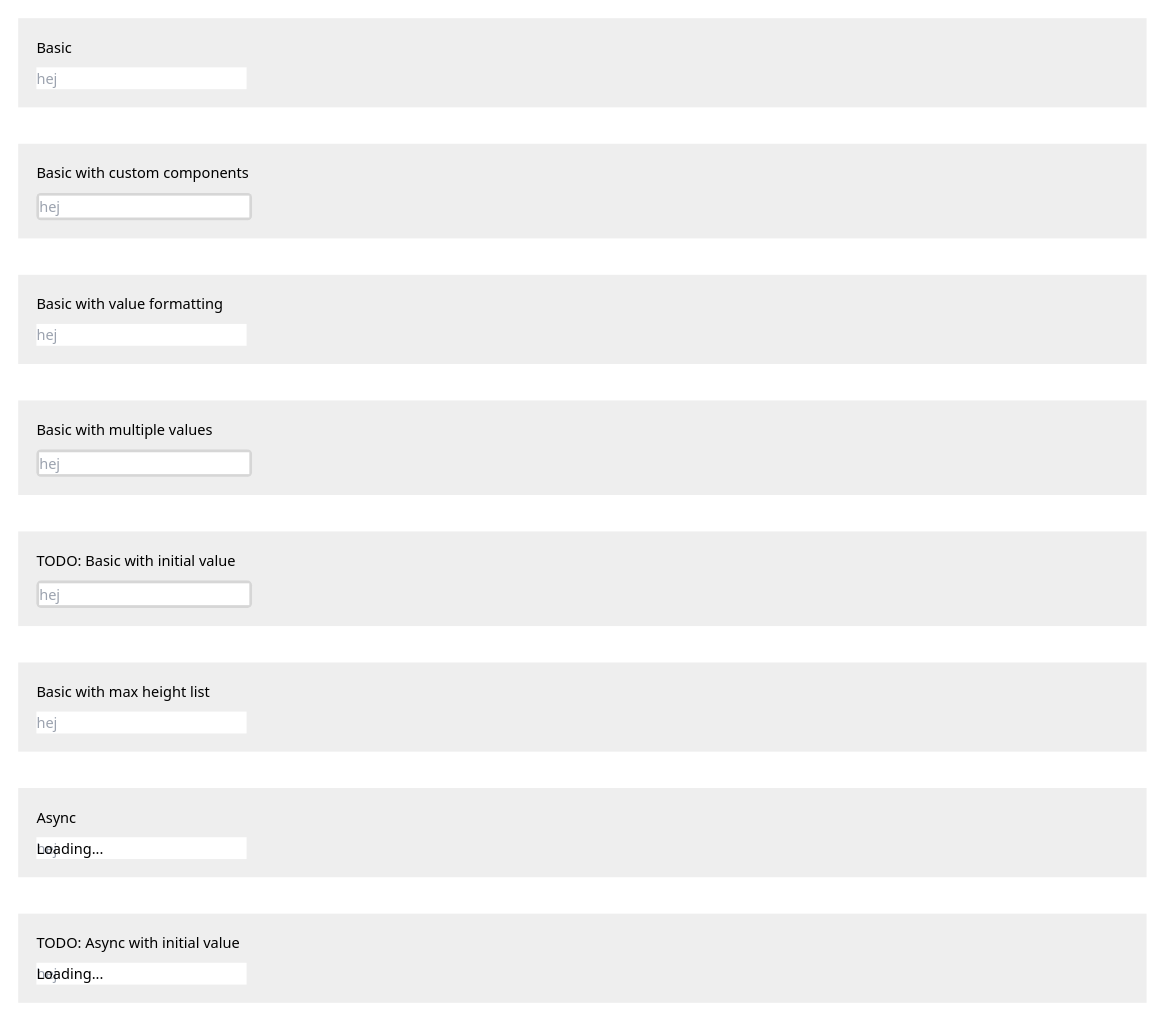
Repository: Frexity/frx-react
Page: / (app in ui/react-select/)
These files come from the project's save history. The page is drawn as it stood at one moment and after the next save; the edit follows.
The browser window is 1280 px wide. The pictures show the whole page, at 91% of full size.
The page's requests for data from a server got no answer. Some web libraries are served in a nearby version. The project was rebuilt for these pictures with package versions that can differ from the ones it lists, and the page was loaded fresh each time. No one was signed in, and anything a server would have sent is missing. Also part of the build but not shown: ui/react-select/vite.config.ts, ui/react-select/src/CustomSelectComponents/ListLoadingIndicator.tsx, ui/react-select/src/dummy-components/ListLoadingIndicator.tsx.

Above is the page before, as saved 2022-08-21 00:25:21.

### ui/react-select/index.html
<!DOCTYPE html>
<html lang="en">
  <head>
    <meta charset="UTF-8" />
    <link rel="icon" type="image/svg+xml" href="/vite.svg" />
    <meta name="viewport" content="width=device-width, initial-scale=1.0" />
    <title>React Select</title>
    <script src="https://cdn.tailwindcss.com/3.1.8"></script>
  </head>
  <body>
    <div id="root"></div>
    <script type="module" src="/src/main.tsx"></script>
  </body>
</html>

### ui/react-select/src/styles.css
.dropdown {
  position: fixed;
  border: 1px solid red;
  display: none;
  z-index: 1;
  background: white;
}

input:focus + .dropdown {
  display: block;
}

.card {
  margin: 20px;
  padding: 20px;
  background-color: #eee;
  overflow: hidden;
  overflow-y: scroll;
}

h3 {
  margin-bottom: 10px;
}

.cards {
  display: grid;
}

### ui/react-select/src/CustomSelectComponents/ClearIndicator.tsx
import { memo } from 'react'
import { ClearIndicatorComponentProps } from '../Select/types'

export const ClearIndicator = memo(({ clearIndicatorContainerStyles, onClick }: ClearIndicatorComponentProps) => {
  return (
    <div style={clearIndicatorContainerStyles} onClick={onClick}>
      <svg viewBox="0 0 460.775 460.775" style={{ width: 12, height: 12 }}>
        <path
          fill="#66f"
          d="M285.08,230.397L456.218,59.27c6.076-6.077,6.076-15.911,0-21.986L423.511,4.565c-2.913-2.911-6.866-4.55-10.992-4.55  c-4.127,0-8.08,1.639-10.993,4.55l-171.138,171.14L59.25,4.565c-2.913-2.911-6.866-4.55-10.993-4.55  c-4.126,0-8.08,1.639-10.992,4.55L4.558,37.284c-6.077,6.075-6.077,15.909,0,21.986l171.138,171.128L4.575,401.505  c-6.074,6.077-6.074,15.911,0,21.986l32.709,32.719c2.911,2.911,6.865,4.55,10.992,4.55c4.127,0,8.08-1.639,10.994-4.55  l171.117-171.12l171.118,171.12c2.913,2.911,6.866,4.55,10.993,4.55c4.128,0,8.081-1.639,10.992-4.55l32.709-32.719  c6.074-6.075,6.074-15.909,0-21.986L285.08,230.397z"
        />
      </svg>
    </div>
  )
})

### ui/react-select/src/CustomSelectComponents/Control.tsx
import { ControlComponentProps } from '../Select/types'

export const Control = ({ controlStyles, children }: ControlComponentProps) => {
  return (
    <div
      style={{
        ...controlStyles,
        borderRadius: 5,
        padding: 3,
        backgroundColor: '#d6d6d6',
      }}
    >
      {children}
    </div>
  )
}

### ui/react-select/src/CustomSelectComponents/Option.tsx
import { memo } from 'react'
import { OptionComponentProps } from '../Select/types'

export const Option = memo(({ isSelected, label, onSelect }: OptionComponentProps) => {


  return (
    <li className="text-gray-900 cursor-pointer py-2 pl-3 pr-9 hover:bg-sky-300" onClick={onSelect}>
      <div className="flex items-center">
        <img
          src="https://images.unsplash.com/photo-1491528323818-fdd1faba62cc?ixlib=rb-1.2.1&ixid=eyJhcHBfaWQiOjEyMDd9&auto=format&fit=facearea&facepad=2&w=256&h=256&q=80"
          alt=""
          className="flex-shrink-0 h-6 w-6 rounded-full"
        />
        <span className={`${isSelected ? 'font-bold text-blue-700' : 'font-normal'} ml-3 block truncate`}>{label}</span>
      </div>
    </li>
  )
})

### ui/react-select/src/dummy-components/index.ts
import { Control } from './Control'
import { ClearIndicator } from './ClearIndicator'
import { ControlLoadingIndicator } from './ControlLoadingIndicator'
import { ListLoadingIndicator } from './ListLoadingIndicator'
import { Option } from './Option'

export const dummyComponents = {
  Control,
  ClearIndicator,
  ControlLoadingIndicator,
  ListLoadingIndicator,
  Option,
}

### ui/react-select/src/Select/index.tsx
import { InnerSelect } from './common'
import { SelectProvider } from './Context'
import { OutsideClickHandler } from './OutsideClickHandler'
import { SelectProps } from './types'

export const Select = ({
  valueFormatter,
  options,
  components,
  optionsDropdownProps,
  optionsListProps,
  canSelectMultipleValues,
}: Omit<SelectProps, 'asyncOptions'>) => {
  // const [o, setO] = useState(options);

  // Test setting options from outside the context/component
  /*
  useEffect(() => {
    setTimeout(() => {
      setO([{ label: "New", value: "x" }]);
    }, 2000);
  }, []);
  console.log({ o });
  */

  return (
    <SelectProvider value={{ options }}>
      <OutsideClickHandler>
        <InnerSelect
          valueFormatter={valueFormatter}
          components={components}
          optionsDropdownProps={optionsDropdownProps}
          optionsListProps={optionsListProps}
          canSelectMultipleValues={canSelectMultipleValues}
        />
      </OutsideClickHandler>
    </SelectProvider>
  )
}

### ui/react-select/src/Select/Async/index.tsx
import { SelectProps } from '../types'
import { AsyncHandler } from './AsyncHandler'
import { InnerSelect } from '../common'
import { SelectProvider } from '../Context'
import { OutsideClickHandler } from '../OutsideClickHandler'

export const AsyncSelect = ({
  valueFormatter,
  options,
  components,
  optionsDropdownProps,
  optionsListProps,
  asyncOptions,
}: SelectProps) => {
  return (
    <SelectProvider value={{ options }}>
      <OutsideClickHandler>
        <InnerSelect
          valueFormatter={valueFormatter}
          components={components}
          optionsDropdownProps={optionsDropdownProps}
          optionsListProps={optionsListProps}
          asyncOptions={asyncOptions}
          AsyncHandler={AsyncHandler}
        />
      </OutsideClickHandler>
    </SelectProvider>
  )
}

### ui/react-select/src/dummy-components/Control.tsx
import { ControlComponentProps } from '../Select/types'

export const Control = ({ controlStyles, children }: ControlComponentProps) => {
  return <div style={controlStyles}>{children}</div>
}

### ui/react-select/src/dummy-components/ClearIndicator.tsx
import { memo } from 'react'
import { ClearIndicatorComponentProps } from '../Select/types'

export const ClearIndicator = memo(({ clearIndicatorContainerStyles, onClick }: ClearIndicatorComponentProps) => {
  return (
    <div style={clearIndicatorContainerStyles} onClick={onClick}>
      X
    </div>
  )
})

### ui/react-select/src/dummy-components/ControlLoadingIndicator.tsx
import { memo } from 'react'
import { ControlLoadingIndicatorComponentProps } from '../Select/types'

export const ControlLoadingIndicator = memo(({ isVisible }: ControlLoadingIndicatorComponentProps) => {
  return isVisible ? <div style={{ position: 'absolute', bottom: 0, left: 0, zIndex: 2 }}>Loading...</div> : null
})

### ui/react-select/src/dummy-components/Option.tsx
import { memo } from 'react'
import { OptionComponentProps } from '../Select/types'

export const Option = memo(({ isSelected, label, onSelect }: OptionComponentProps) => {
  return (
    <div style={{ fontWeight: isSelected ? 'bold' : 'normal' }} onClick={onSelect}>
      {label}
    </div>
  )
})

### ui/react-select/src/Select/common.tsx
import { useContext } from 'react'
import { SelectProps } from './types'
import { ClearIndicator } from './ClearIndicator'
import { SelectContext } from './Context'
import { Input } from './Input'
import { Options } from './Options'
import { OptionsDropdown } from './OptionsDropdown'
import { OptionsList } from './OptionsList'
import { selectStyles } from './styles'

export const InnerSelect = ({
  valueFormatter,
  components,
  optionsDropdownProps,
  optionsListProps,
  asyncOptions,
  AsyncHandler,
  canSelectMultipleValues,
}: Omit<SelectProps, 'options'> & { AsyncHandler?: any }) => {
  const { state } = useContext<any>(SelectContext)

  return (
    <>
      <components.Control controlStyles={selectStyles.control}>
        <Input valueFormatter={valueFormatter} />
        {components.ClearIndicator && <ClearIndicator ClearIndicatorComponent={components.ClearIndicator} />}
        {components.ControlLoadingIndicator && <components.ControlLoadingIndicator isVisible={state.isLoading} />}
      </components.Control>
      <OptionsDropdown optionsDropdownProps={optionsDropdownProps}>
        {components.ListLoadingIndicator && (
          <components.ListLoadingIndicator isVisible={state.isOpen && state.isLoading} />
        )}
        <OptionsList optionsListProps={optionsListProps} isAsync={!!asyncOptions}>
          <Options OptionComponent={components.Option} canSelectMultipleValues={canSelectMultipleValues} />
        </OptionsList>
      </OptionsDropdown>
      {AsyncHandler && <AsyncHandler asyncOptions={asyncOptions} />}
    </>
  )
}

### ui/react-select/src/Select/Context.tsx
import React, { useReducer, createContext, useId, useEffect, PropsWithChildren } from 'react'

function reducer(state: any, action: any) {
  return { ...state, ...action }
}

const SelectContext = createContext({}) as any

const SelectProvider = ({ children, value }: PropsWithChildren<{ value: any }>) => {
  const inputElementId = useId()
  const listElementId = useId()
  const dropdownElementId = useId()

  const initialState = {
    isOpen: false,
    hasReachedBottom: false,
    isLoading: false,
    inputElementId,
    dropdownElementId,
    listElementId,
    options: value.options,
    selectedValue: null,
  }
  const [state, dispatch] = useReducer(reducer, initialState)
  const store = React.useMemo(() => ({ state, dispatch }), [state])

  /*
  TODO:
  - Get scroll ref, to scrollToTop when it opens
  */

  // Update options when they come from the outside
  useEffect(() => {
    dispatch({ options: value.options })
  }, [value.options])

  return <SelectContext.Provider value={store}>{children}</SelectContext.Provider>
}

export { SelectContext, SelectProvider }

### ui/react-select/src/Select/OutsideClickHandler.tsx
import { memo, ReactNode, useContext, useEffect, useRef } from 'react'
import { SelectContext } from './Context'

interface OutsideClickHandlerProps {
  children: ReactNode
}

const useOutsideClick = (callback: any) => {
  const ref = useRef<any>()

  useEffect(() => {
    const handleClick = (event: MouseEvent) => {
      if (ref.current && !ref.current.contains(event.target)) {
        callback()
      }
    }

    document.addEventListener('mousedown', handleClick, true)

    return () => {
      document.removeEventListener('mousedown', handleClick, true)
    }
  }, [ref, callback])

  return ref
}

export const OutsideClickHandler = memo(({ children }: OutsideClickHandlerProps) => {
  const { dispatch } = useContext<any>(SelectContext)

  const ref = useOutsideClick(() => {
    dispatch({ isOpen: false })
  })

  return <span ref={ref}>{children}</span>
})

### ui/react-select/src/Select/Async/AsyncHandler.tsx
import { useContext, useEffect } from 'react'
import { SelectContext } from '../Context'
import { SelectProps } from '../types'
import { sleep } from '../utils'

interface AsyncHandlerProps {
  asyncOptions: SelectProps['asyncOptions']
}

export const AsyncHandler = ({ asyncOptions }: AsyncHandlerProps) => {
  const { state, dispatch } = useContext<any>(SelectContext)

  useEffect(() => {
    if (!state.hasReachedBottom) {
      return
    }
    async function fetchData() {
      if (!asyncOptions?.url) {
        return
      }
      dispatch({ isLoading: true })
      const result = await fetch(asyncOptions.url)
      await sleep(2000)
      if (result.ok) {
        const data = await result.json()
        console.log({ data })
        dispatch({ hasReachedBottom: false, isLoading: false })
      }
    }
    if (asyncOptions?.url) {
      fetchData()
    }
  }, [state.hasReachedBottom, asyncOptions?.url, dispatch])

  useEffect(() => {
    async function fetchData() {
      if (!asyncOptions?.url) {
        return
      }
      dispatch({ isLoading: true })
      const result = await fetch(asyncOptions.url)
      await sleep(2000)
      if (result.ok) {
        const data = await result.json()
        const mappedData = data.map((item: Record<string, string>) => {
          return {
            label: item[asyncOptions?.labelAttribute || 'label'],
            value: item[asyncOptions?.valueAttribute || 'value'],
          }
        })
        dispatch({
          options: mappedData,
          hasReachedBottom: false,
          isLoading: false,
        })
      }
    }
    if (asyncOptions?.url && asyncOptions?.loadOnMount) {
      fetchData()
    }
  }, [state.hasReachedBottom, asyncOptions?.url, dispatch])

  return <></>
}

### ui/react-select/src/Select/ClearIndicator.tsx
import { ComponentType, useCallback, useContext } from 'react'
import { SelectContext } from './Context'

import { selectStyles } from './styles'
import { ClearIndicatorComponentProps } from './types'

interface ClearIndicatorProps {
  ClearIndicatorComponent: ComponentType<ClearIndicatorComponentProps>
}

export const ClearIndicator = ({ ClearIndicatorComponent }: ClearIndicatorProps) => {
  const { state, dispatch } = useContext<any>(SelectContext)

  const handleClick = useCallback(() => {
    dispatch({ selectedValue: null })
  }, [dispatch])

  return (
    <span style={{ display: state.selectedValue ? 'initial' : 'none' }}>
      <ClearIndicatorComponent
        onClick={handleClick}
        selectedValue={state.selectedValue}
        clearIndicatorContainerStyles={selectStyles.clearIndicator}
      />
    </span>
  )
}

### ui/react-select/src/Select/Input.tsx
import { useContext, useCallback, memo } from 'react'
import { SelectContext } from './Context'
import { SelectProps } from './types'

interface InnerInputProps {
  valueFormatter: SelectProps['valueFormatter']
  selectedValue: string
  id: string
  onFocus: () => void
}

const InnerInput = memo(({ valueFormatter, selectedValue, id, onFocus }: InnerInputProps) => {
  const formattedValue = valueFormatter ? valueFormatter(selectedValue) : selectedValue

  return (
    <div className="holder">
      <input
        id={id}
        type="text"
        placeholder="hej"
        onFocus={onFocus}
        value={formattedValue || ''}
        onChange={() => {
          return
        }}
      />
    </div>
  )
})

export const Input = memo(({ valueFormatter }: Pick<SelectProps, 'valueFormatter'>) => {
  const { state, dispatch } = useContext<any>(SelectContext)

  const onFocus = useCallback(() => {
    dispatch({ isOpen: true })
  }, [dispatch])

  return (
    <InnerInput
      selectedValue={state.selectedValue}
      id={state.inputElementId}
      onFocus={onFocus}
      valueFormatter={valueFormatter}
    />
  )
})

### ui/react-select/src/Select/Options.tsx
import { memo, useCallback, useContext } from 'react'
import { SelectContext } from './Context'
import { OptionType, SelectComponents } from './types'

interface InnerOptionsProps {
  OptionComponent: any
  onSelect: any
  options: any
  selectedValue: any
}

const InnerOptions = memo(({ selectedValue, options, onSelect, OptionComponent }: InnerOptionsProps) => {
  return (
    <>
      {options.map((option: OptionType) => {
        const isSelected = selectedValue === option.value
        return (
          <OptionComponent
            key={option.value}
            label={option.label}
            value={option.value}
            isSelected={isSelected}
            onSelect={() => {
              onSelect(option.value)
            }}
          />
        )
      })}
    </>
  )
})

interface OptionsProps {
  OptionComponent: SelectComponents['Option']
  canSelectMultipleValues: boolean | undefined
}

export const Options = ({ OptionComponent, canSelectMultipleValues }: OptionsProps) => {
  const { state, dispatch } = useContext<any>(SelectContext)

  const onSelect = useCallback(
    (value: string) => {
      dispatch({ selectedValue: value, isOpen: false })
    },
    [dispatch],
  )

  return (
    <InnerOptions
      options={state.options}
      OptionComponent={OptionComponent}
      selectedValue={state.selectedValue}
      onSelect={onSelect}
    />
  )
}

### ui/react-select/src/Select/OptionsDropdown.tsx
import { SelectContext } from './Context'
import { ReactNode, useContext, useEffect } from 'react'

import { getScrollParent, normalizedHeight, setMenuPosition } from './utils'
import { SelectProps } from './types'

interface OptionsDropdownProps {
  children: ReactNode
  optionsDropdownProps?: SelectProps['optionsDropdownProps']
}

export const OptionsDropdown = ({ children }: OptionsDropdownProps) => {
  const { state } = useContext<any>(SelectContext)

  // TODO: Reposition on window resize
  useEffect(() => {
    // TODO: Get unique ID instead
    const dropdown = document.getElementById(state.dropdownElementId)
    if (!dropdown) {
      return
    }

    const input = document.getElementById(state.inputElementId)
    if (!input) {
      return
    }
    if (!state.isOpen) {
      dropdown.style.display = 'none'
      return
    }

    const parent = getScrollParent(input)

    const style = getComputedStyle(input)

    const borderTopWidth = parseInt(style.borderTopWidth, 10) || 0
    const borderLeftWidth = parseInt(style.borderLeftWidth, 10) || 0
    const borderBottomWidth = parseInt(style.borderBottomWidth, 10) || 0
    const inputHeight = normalizedHeight(input) + borderTopWidth + borderBottomWidth

    setMenuPosition(dropdown, input, inputHeight, borderLeftWidth)

    function scrollEventHandler(this: HTMLElement) {
      if (!dropdown) {
        return
      }
      setMenuPosition(dropdown, this, inputHeight, borderLeftWidth)
    }

    parent.addEventListener('scroll', scrollEventHandler.bind(input))

    dropdown.style.display = 'initial'
  }, [state.isOpen, state.inputElementId, state.dropdownElementId])

  return (
    <div className="dropdown" id={state.dropdownElementId}>
      {children}
    </div>
  )
}

### ui/react-select/src/Select/OptionsList.tsx
import { SelectContext } from './Context'
import { useContext, memo, useCallback, useEffect, PropsWithChildren } from 'react'
import { scrollIsAtBottom } from './utils'
import { SelectProps } from './types'

interface InnerOptionsListProps {
  isAsync: boolean
  optionsListProps: SelectProps['optionsListProps']
  onReachedBottom: (() => void) | undefined
  listElementId: string
}

const InnerOptionsList = memo(
  ({
    children,
    isAsync,
    optionsListProps,
    onReachedBottom,
    listElementId,
  }: PropsWithChildren<InnerOptionsListProps>) => {
    useEffect(() => {
      if (!isAsync) {
        return
      }
      const element = document.getElementById(listElementId)
      if (!element) {
        return
      }

      function checkIfAtBottom() {
        if (element && scrollIsAtBottom(element)) {
          onReachedBottom && onReachedBottom()
        }
      }
      element.addEventListener('scroll', checkIfAtBottom)

      return () => {
        element.removeEventListener('scroll', checkIfAtBottom)
      }
    }, [onReachedBottom, listElementId, isAsync])

    return (
      <div
        id={listElementId}
        style={{
          maxHeight: optionsListProps?.maxHeight || 'unset',
          overflowY: optionsListProps?.maxHeight ? 'scroll' : 'unset',
        }}
      >
        <ul>{children}</ul>
      </div>
    )
  },
)

interface OptionsListProps {
  isAsync: boolean
  optionsListProps: any
}

export const OptionsList = ({ children, optionsListProps, isAsync }: PropsWithChildren<OptionsListProps>) => {
  const { state, dispatch } = useContext<any>(SelectContext)

  const onReachedBottom = useCallback(() => {
    if (state.hasReachedBottom) {
      return
    }
    dispatch({ hasReachedBottom: true })
  }, [dispatch, state.hasReachedBottom])

  return (
    <InnerOptionsList
      isAsync={isAsync}
      optionsListProps={optionsListProps}
      onReachedBottom={isAsync ? onReachedBottom : undefined}
      listElementId={state.listElementId}
    >
      {children}
    </InnerOptionsList>
  )
}

### ui/react-select/src/Select/styles.ts
export const selectStyles = {
  clearIndicator: {
    position: 'absolute',
    top: 0,
    right: 0,
    bottom: 0,
    display: 'flex',
    padding: '0 7px',
    justifyContent: 'center',
    alignItems: 'center',
    cursor: 'pointer',
  },
  control: {
    position: 'relative',
    display: 'inline-block',
  },
}

### ui/react-select/src/Select/utils.ts
export function getScrollParent(element: HTMLElement) {
  let style = window.getComputedStyle(element)
  const excludeStaticParent = style.position === 'absolute'
  const overflowRx = /(auto|scroll)/
  const documentElement = document.documentElement

  if (style.position === 'fixed') {
    return documentElement
  }

  // eslint-disable-next-line @typescript-eslint/ban-ts-comment
  // @ts-ignore
  for (let parent = element; (parent = parent.parentElement); ) {
    style = window.getComputedStyle(parent)
    if (excludeStaticParent && style.position === 'static') {
      continue
    }
    if (overflowRx.test(style.overflow + style.overflowY + style.overflowX)) {
      return parent
    }
  }

  return documentElement
}

export function getScrollTop(el: HTMLElement) {
  if (isDocumentElement(el)) {
    return window.scrollY
  }
  return el.scrollTop
}

export function normalizedHeight(el: HTMLElement) {
  if (isDocumentElement(el)) {
    return window.innerHeight
  }

  return el.clientHeight
}

export function isDocumentElement(el: HTMLElement) {
  return [document.documentElement, document.body, window].indexOf(el) > -1
}

// https://github.com/JedWatson/react-select/blob/b0411ff46bc1ecf45d9bca4fb58fbce1e57f847c/packages/react-select/src/internal/useScrollCapture.js

export function setMenuPosition(dropdown: HTMLElement, element: HTMLElement, inputHeight: number, leftOffset: number) {
  // Done with JS instead of React, otherwise it will lag behind
  const offset = element.getBoundingClientRect()
  const top = offset.top
  const left = offset.left
  dropdown.style.top = `${top + inputHeight}px`
  dropdown.style.left = `${left + leftOffset}px`
}

export function scrollIsAtBottom(node: HTMLElement) {
  return node.scrollTop + node.offsetHeight === node.scrollHeight
}

export function sleep(ms: number) {
  return new Promise((resolve) => setTimeout(resolve, ms))
}

Loaded but not shown: ui/react-select/src/main.tsx (common file); ui/react-select/src/App.tsx (104 lines, source omitted)

After the next save:
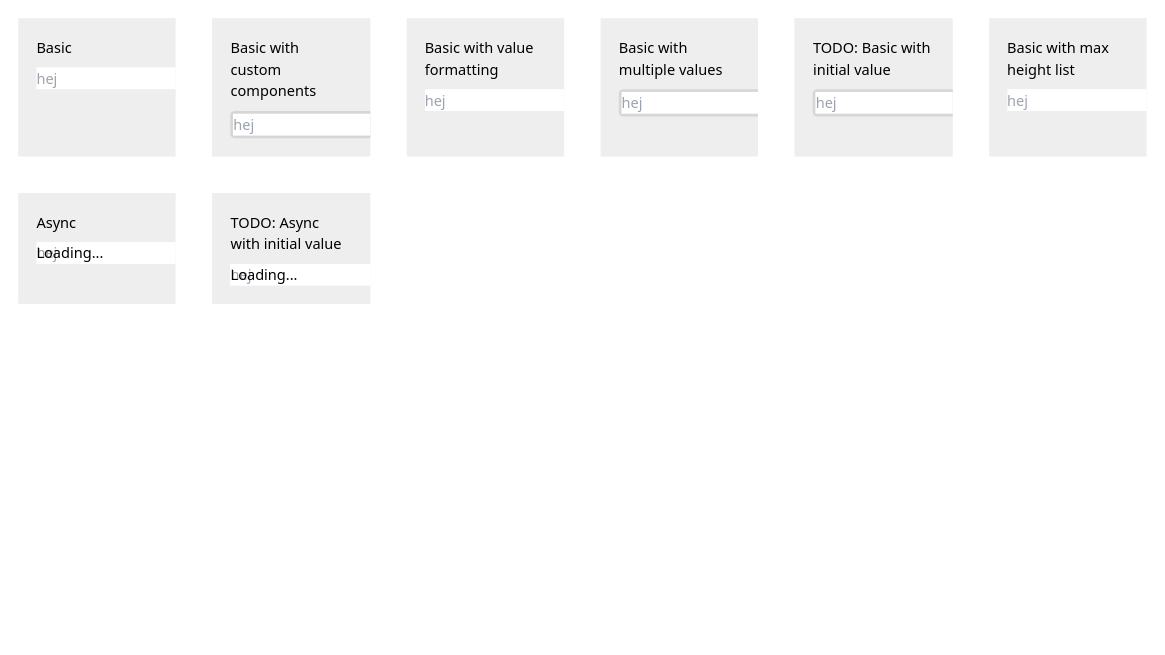
Saved 5 s later.
--- a/ui/react-select/src/styles.css
+++ b/ui/react-select/src/styles.css
@@ -24,4 +24,5 @@ h3 {
 
 .cards {
   display: grid;
+  grid-template-columns: repeat(auto-fill, minmax(200px, 1fr));
 }
